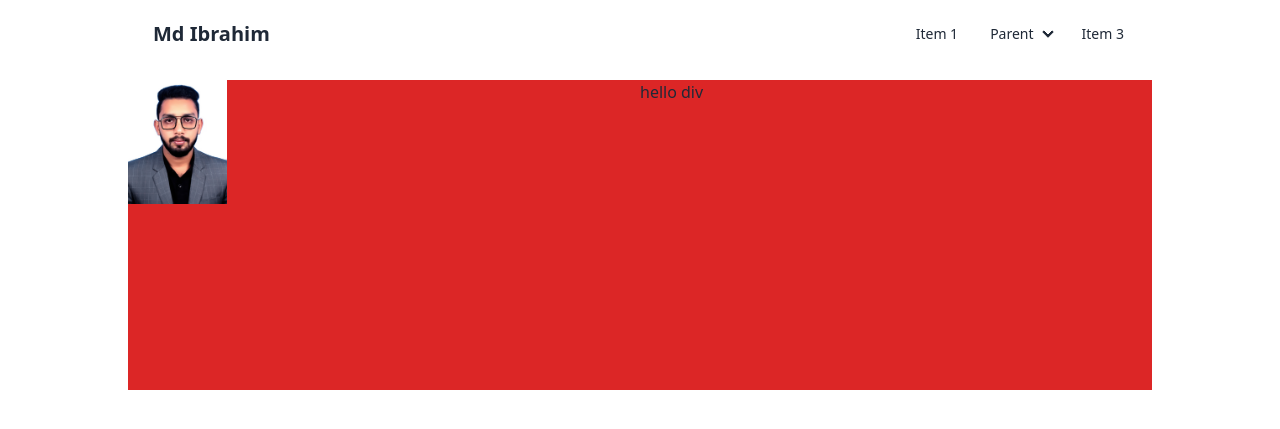
Repository: mdrubel02/portfilo
Page: /
An editor plug-in stored every save of this project. The page is shown before and after the next save, followed by the edit.
The browser window is 1280 px wide. The pictures show the whole page.
The project was rebuilt for these pictures with package versions that can differ from the ones it lists, and the page was loaded fresh each time. Also part of the build but not shown: vite.config.js.

Above is the page before, as saved 2023-06-22 20:30:39.

After the next save:
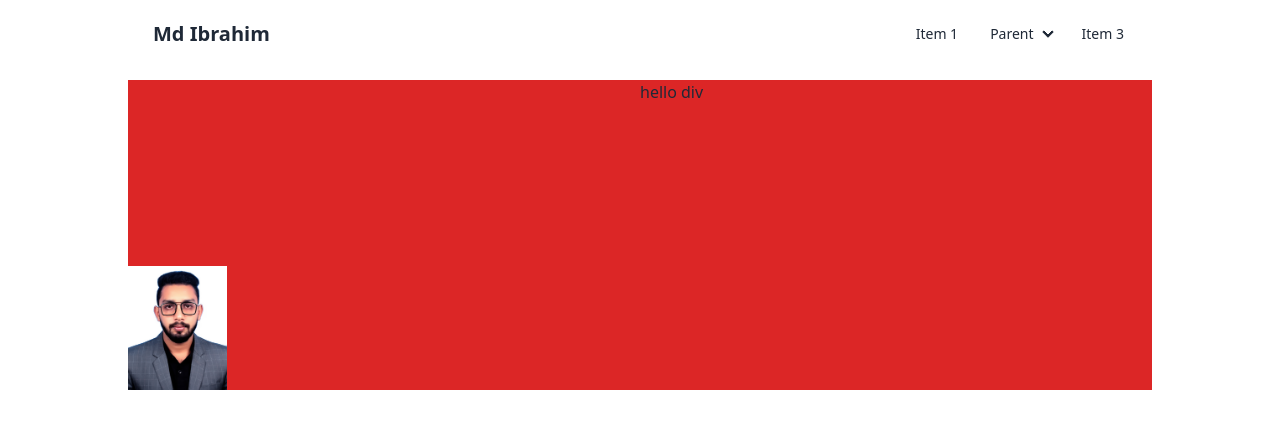
Saved 98 s later.
--- a/src/Pages/Home/Home.jsx
+++ b/src/Pages/Home/Home.jsx
@@ -7,8 +7,8 @@ const Home = () => {
             <div className='h-[310px] bg-red-600 relative'>
                 <div className='flex'>
                     <div className='flex-1'>
-                        <div class=" absolute bottom-0 left-0 h-full">
-                            <img className='h-2/5' src={profile} alt="profile" />
+                        <div class=" h-full">
+                            <img className='h-2/5  absolute bottom-0 left-0' src={profile} alt="profile" />
                         </div>
                     </div>
 
